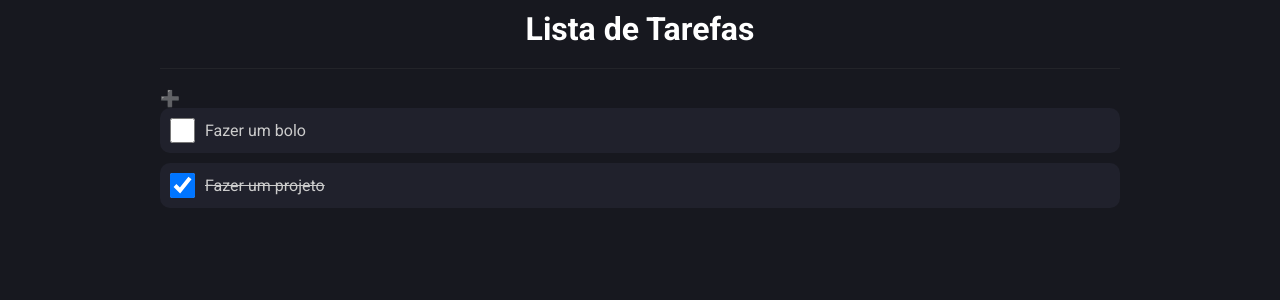
Repository: guilhermecardoso93/todolist-app
Page: /
The author's editor kept a copy of each file at every save. The page is drawn from the files as they stood at one save, then again after the next save.
The browser window is 1280 px wide. The pictures show the whole page.
The project was rebuilt for these pictures with package versions that can differ from the ones it lists, and the page was loaded fresh each time. Also part of the build but not shown: vite.config.ts.

Above is the page before, as saved 2022-11-12 22:38:36.

After the next save:
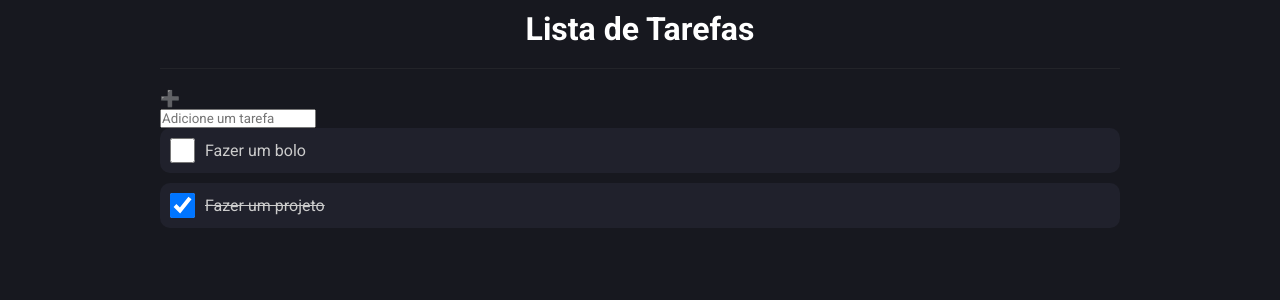
Saved 50 s later.
--- a/src/components/AddTask/index.tsx
+++ b/src/components/AddTask/index.tsx
@@ -6,6 +6,10 @@ return (
     <div className="image">
       ➕
     </div>
+    <input
+      type='text'
+      placeholder='Adicione um tarefa'
+    />
   </Container>
 )
 }
